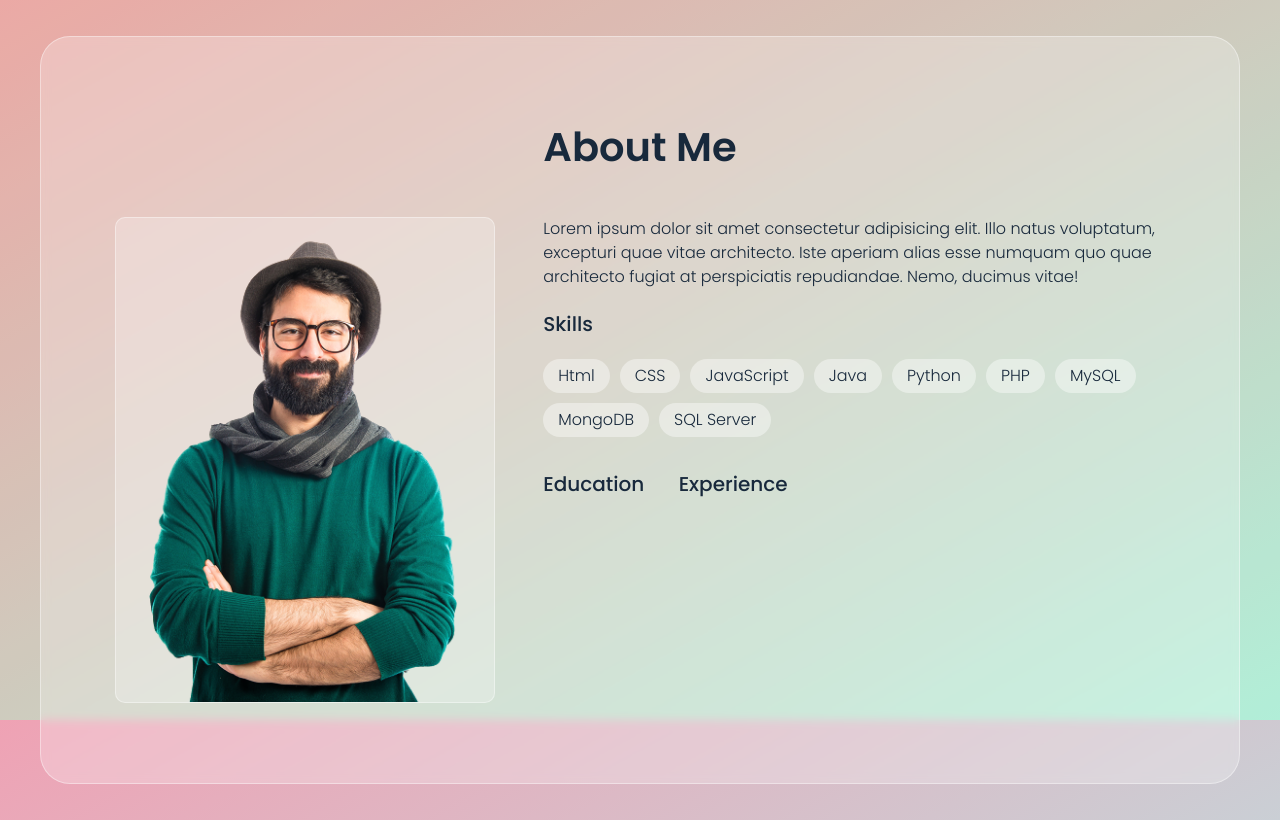
Repository: dewaary/Glassmorp-me
Page: index.html
These files come from the project's save history. The page is drawn as it stood at one moment and after the next save; the edit follows.
The browser window is 1280 px wide. The pictures show the whole page.
Backgrounds fixed to the window are drawn as part of the page.

Above is the page before, as saved 2021-05-25 22:39:46.
Not found: js/script,js

### index.html
<!DOCTYPE html>
<html lang="en">

<head>
    <meta charset="UTF-8">
    <meta http-equiv="X-UA-Compatible" content="IE=edge">
    <meta name="viewport" content="width=device-width, initial-scale=1.0">
    <link rel="stylesheet" href="style.css">
    <title>Document</title>
</head>

<body>
    <div class="main">
        <section class="home-section align-items-center hidden">
            <div class="container">
                <div class="row align-items-center">
                    <div class="home-text">
                        <p>Hello, I'm</p>
                        <h1>Dewa Ari</h1>
                        <h2>Full-Stack Web Developer</h2>
                        <a href="#" class="btn">more about me</a>
                        <a href="#" class="btn">portfolio</a>
                    </div>
                    <div class="home-img">
                        <div class="img-box">
                            <img src="img/profile-img.png" alt="profile-img">
                        </div>
                    </div>
                </div>
            </div>
        </section>

        <!-- About Section -->
        <section class="about-section sec-padding">
            <div class="container">
                <div class="row">
                    <div class="section-title">
                        <h2>About me</h2>
                    </div>
                </div>
                <div class="row">
                    <div class="about-img">
                        <div class="img-box">
                            <img src="img/about-img.png" alt="About Image">
                        </div>
                    </div>
                    <div class="about-text">
                        <p>Lorem ipsum dolor sit amet consectetur adipisicing elit. Illo natus voluptatum, excepturi
                            quae vitae architecto. Iste aperiam alias esse numquam quo quae architecto fugiat at
                            perspiciatis repudiandae. Nemo, ducimus vitae!</p>
                            <h3>Skills</h3>
                            <div class="skills">
                                <div class="skill-item">Html</div>
                                <div class="skill-item">CSS</div>
                                <div class="skill-item">JavaScript</div>
                                <div class="skill-item">Java</div>
                                <div class="skill-item">Python</div>
                                <div class="skill-item">PHP</div>
                                <div class="skill-item">MySQL</div>
                                <div class="skill-item">MongoDB</div>
                                <div class="skill-item">SQL Server</div>
                            </div>

                            <div class="about-tabs">
                                <button type="button" class="tab-item" data-target="#education">Education</button>
                                <button type="button" class="tab-item" data-target="#experience">Experience</button>
                            </div>
                    </div>
                </div>
            </div>
        </section>

    </div>
    <script src="js/script,js"></script>
</body>

</html>

### style.css
/* Fonts */
@import url("https://fonts.googleapis.com/css2?family=Poppins:wght@300;400;500;600;700&display=swap");

/* Variables */

:root {
  --main-color: #e02f6b;
  --blue: #0000ff;
  --blue-dark: #18293c;
  --orange: #ffa500;
  --green-yellow: #cddc39;
  --pink-light: #efa2b4;
  --cyan-light: #aef1ee;
  --white: #ffffff;
  --white-alpha-40: rgba(255, 255, 255, 0.4);
  --white-alpha-25: rgba(255, 255, 255, 0.25);
  --backdrop-filter-blur: blur(5px);
}

* {
  box-sizing: border-box;
  padding: 0;
  margin: 0;
  outline: none;
}

::before,
::after {
  box-sizing: border-box;
}

body {
  min-height: 100vh;
  background-image: linear-gradient(
    to bottom right,
    var(--pink-light),
    var(--cyan-light)
  );
  background-attachment: fixed;
  font-size: 16px;
  font-family: "Poppins", sans-serif;
  font-weight: 300;
  color: var(--blue-dark);
  line-height: 1.5;
  overflow-x: hidden;
  -webkit-tap-highlight-color: transparent;
  padding: 5vh 15px;
}

body::before {
  content: "";
  position: fixed;
  left: 0;
  top: 0;
  height: 100%;
  width: 100%;
  background-color: var(--green-yellow);
  z-index: -1;
  opacity: 0.12;
}

a {
  text-decoration: none;
}

h1,
h2 {
  font-weight: 600;
}

h3,
h4,
h5,
h6 {
  font-weight: 500;
}

img {
  max-width: 100%;
  vertical-align: middle;
}

section {
  background-color: var(--white-alpha-25);
  border: 1px solid var(--white-alpha-40);
  min-height: 90vh;
  border-radius: 30px;
  backdrop-filter: var(--backdrop-filter-blur);
}

.main {
  max-width: 1200px;
  margin: auto;
}

.row {
  display: flex;
  flex-wrap: wrap;
}

.container {
  padding: 0 40px;
  width: 100%;
}

.align-items-center {
  align-items: center;
}

.hidden{
  display: none !important;
}

.sec-padding {
  padding: 80px 0;;
}

/* Section Tittle */
.section-title {
  padding: 0 15px;
  width: 100%;
  text-align: center;
  margin-bottom: 40px;
}

.section-title h2 {

  font-size: 40px;
  text-transform: capitalize;
}


/* Custome Scroolbar */

::-webkit-scrollbar{
  width: 5px;
}

::-webkit-scrollbar-track{
  background-color: var(--white);
}

::-webkit-scrollbar-thumb {
  background-color: var(--main-color);
}

/*
Buttons */

button {
  font-family: inherit;
  user-select: none;
}


.btn {
  line-height: 1.5;
  background-color: var(--white-alpha-25);
  border: 1px solid var(--white-alpha-40);
  padding: 10px 28px;
  display: inline-block;
  border-radius: 30px;
  color: var(--main-color);
  font-weight: 500;
  text-transform: capitalize;
  font-family: inherit;
  font-size: 16px;
  cursor: pointer;
  user-select: none;
  position: relative;
  overflow: hidden;
  vertical-align: middle;
  transition: width 0.3s ease;
}

.btn::before {
  content: "";
  position: absolute;
  left: 0;
  top: 0;
  height: 100%;
  width: 0%;
  background-color: var(--main-color);
  z-index: -1;
  transition: width 0.3s ease;
}

.btn:hover::before {
  width: 100%;
}
.btn:hover {
  color: var(--white);
}

/*
Home Section */

.home-section {
  display: flex;
  padding: 120px 0;
}

.home-text,
.home-img {
  width: 50%;
  padding: 15px;
}

.home-text p {
  font-size: 15px;
}

.home-text h2 {
  font-size: 20px;
  text-transform: capitalize;
  font-weight: 300;
  margin: 0 0 30px;
}

.home-text .btn {
  margin: 0 15px 15px 0;
}

.home-text h1 {
  font-size: 50px;
  text-transform: capitalize;
}

.home-img .img-box {
  max-width: 360px;
  background-color: var(--white-alpha-25);
  border-radius: 50%;
  background-color: var(--white-alpha-25);
  margin: auto;
}

.home-img .img-box img {
  width: 100%;
  border-radius: 50%;
}


/* About Section */

.about-img{
  width: 40%;
  padding: 0 15px;
}

.about-text {
  width: 60%;
  padding: 0 15px;
}

.about-img .img-box {
  background-color: var(--white-alpha-25);
  max-width: 380px;
  border: 1px solid var(--white-alpha-40);
  margin: auto;
  border-radius: 10px;

}

.about-img .img-box img{
  width: 100%;
}

.about-text h3{
  text-transform: capitalize;
  font-size: 20px;
  margin: 20px 0;;
}

.about-text .skills {
  display: flex;
  flex-wrap: wrap;
}

.about-text .skill-item {
  background-color: var(--white-alpha-25);
  background-color: var(--white-alpha-40);
  padding: 5px 15px;
  text-transform: capitalize;
  margin: 0 10px 10px 0;
  border-radius: 20px;
}

.about-tabs {
  margin-top: 20px;
}

.about-tabs .tab-item {
  padding: 2px 0;
  background-color: transparent;
  border: none;
  text-transform: capitalize;
  display: inline-block;
  color: var(--blue-dark);
  cursor: pointer;
  font-size: 20px;
  font-weight: 500;
  margin: 0 30px 0 0;
}

.about-tabs .tab-item:last-child {
  margin: 0;
}

.about-tabs .tab-item::before {
  content: '';
  position: absolute;
  left: 0;
  bottom: 0;
  width: 0%;
  height: 1px;
  background-color: var(--blue-dark);
  transition: width 0.3s ease;
}

.about-tabs .tab-item:hover::before {
  width: 100%;
}

After the next save:
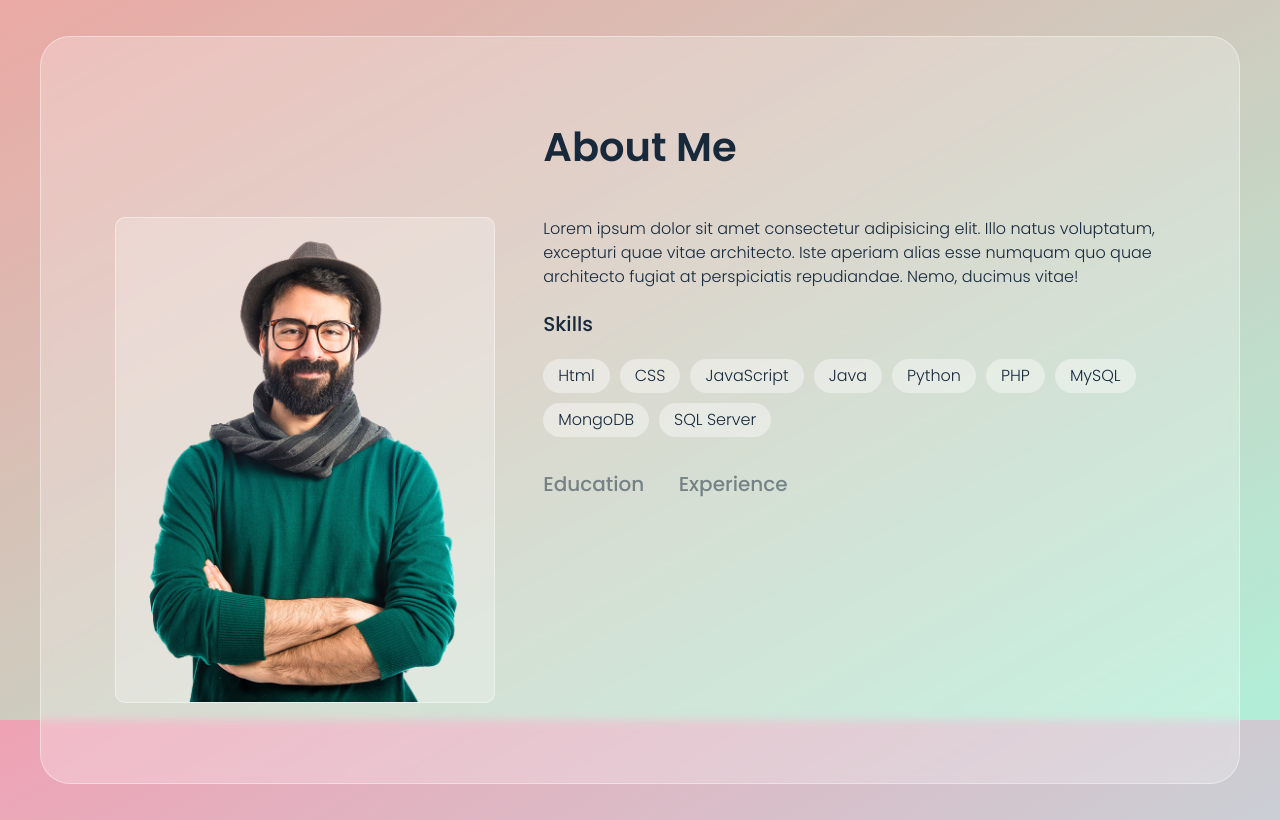
Saved 49 s later.
--- a/style.css
+++ b/style.css
@@ -300,6 +300,9 @@ Home Section */
   font-size: 20px;
   font-weight: 500;
   margin: 0 30px 0 0;
+  position: relative;
+  opacity: 0.5;
+  transition: all 0.3s ease;
 }
 
 .about-tabs .tab-item:last-child {
